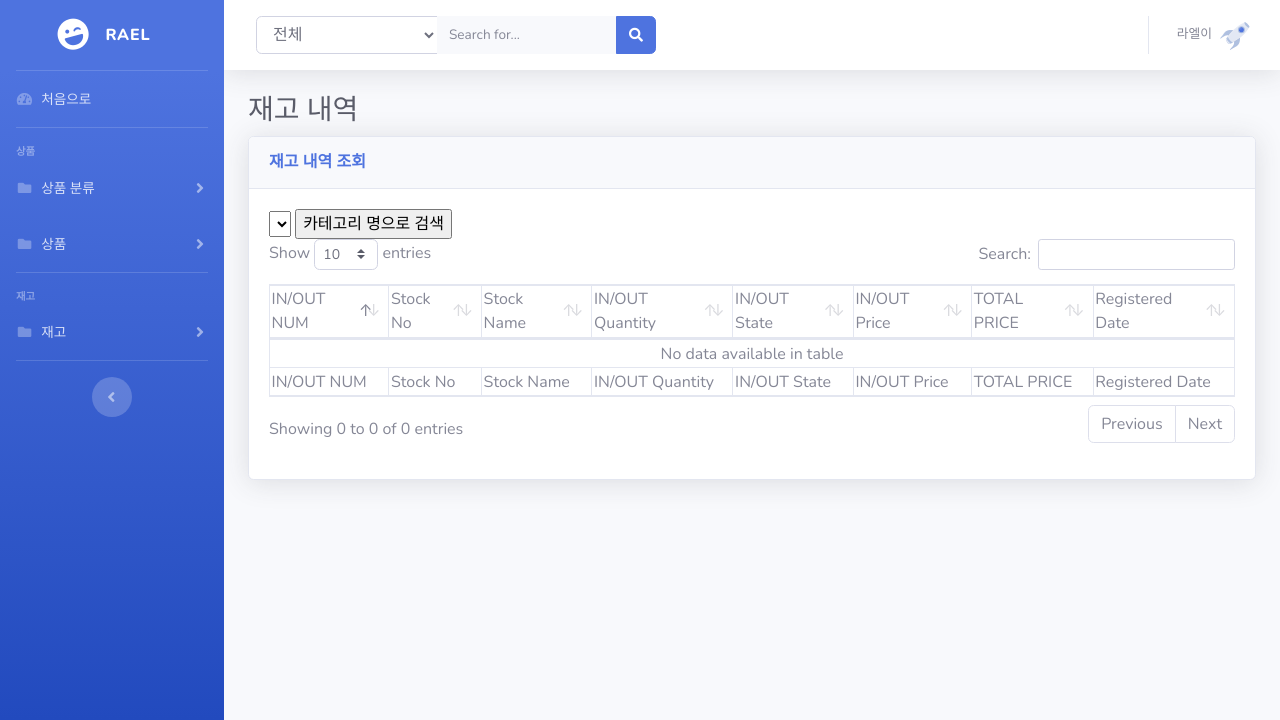
Repository: sww232/springRaelProject
Page: http://localhost/rael/WEB-INF/views/stock/stock_history.jsp
These files come from the project's save history. The page is drawn as it stood at one moment and after the next save; the edit follows.
The browser window is 1280 px wide. The pictures show the whole page.
The page is served by Tomcat 9. Nobody is signed in. The template is opened directly, without the code that normally fills it, so the values that code supplies are empty.

Above is the page before, as saved 2022-10-12 08:53:49.

After the next save:
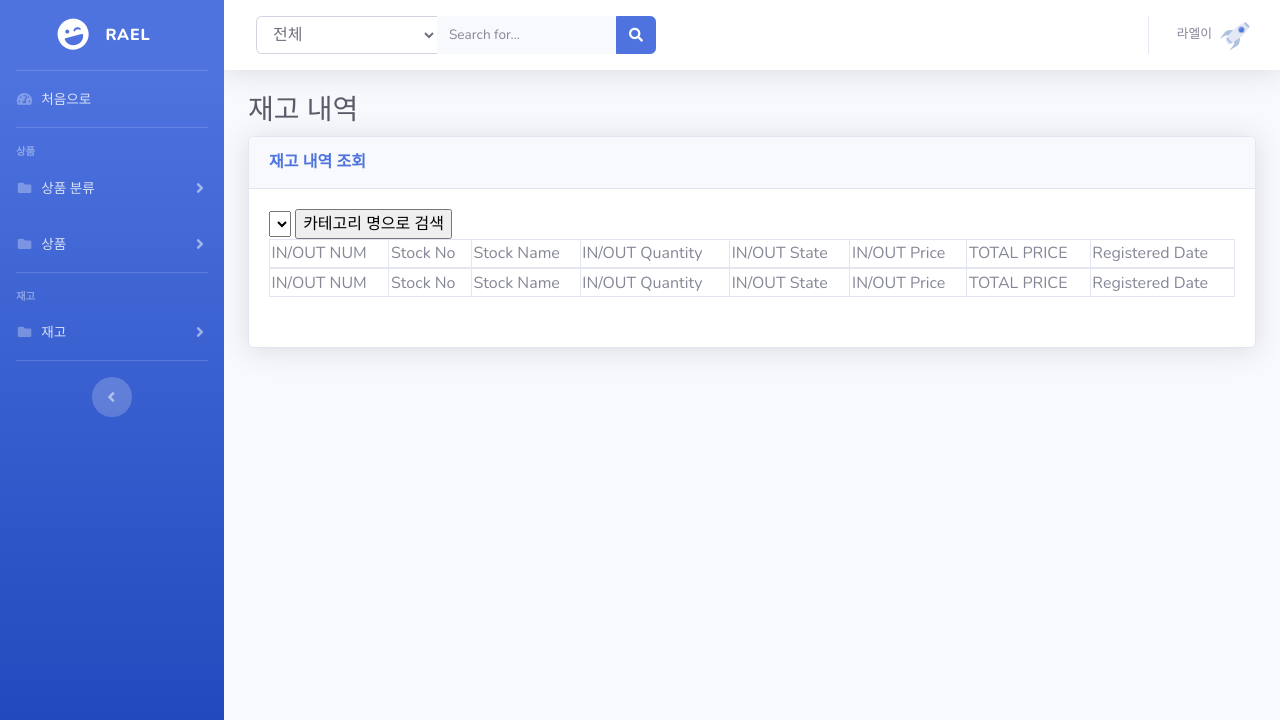
Console error: TypeError: Cannot read properties of undefined (reading 'defaults')
Saved 41 s later.
--- a/raelproject3/rael/src/main/webapp/WEB-INF/views/stock/stock_history.jsp
+++ b/raelproject3/rael/src/main/webapp/WEB-INF/views/stock/stock_history.jsp
@@ -29,7 +29,6 @@
 <script src="/js/sb-admin-2.min.js"></script>
 
 <!-- Page level plugins -->
-<script src="/vendor/datatables/jquery.dataTables.min.js"></script>
 <script src="/vendor/datatables/dataTables.bootstrap4.min.js"></script>
 
 <!-- Page level custom scripts -->
